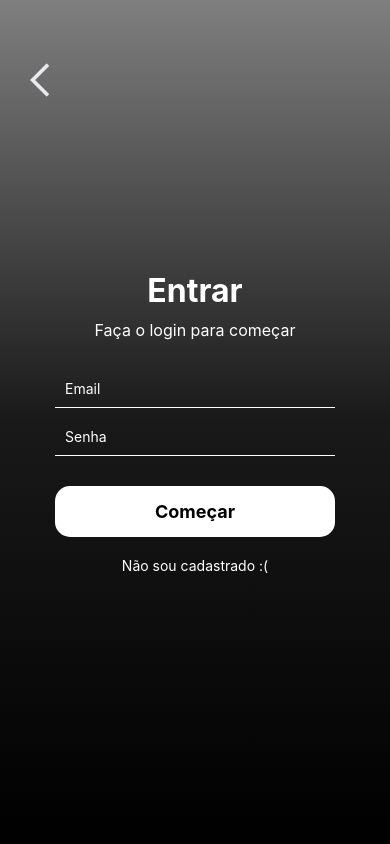
Repository: Matheus904-12/Notifire
Screen: /Auth (app in notiFire/)
The author's editor kept a copy of each file at every save. The screen is drawn from the files as they stood at one save, then again after the next save.
The app was drawn by React Native's web renderer in a window 390 px wide. The project was rebuilt for these pictures with package versions that can differ from the ones it lists, and the page was loaded fresh each time. Also part of the build but not shown: notiFire/screens/SendMessageScreen.js, notiFire/screens/CadastroScreen.js.

Above is the screen before, as saved 2024-07-29 20:03:02.

After the next save:
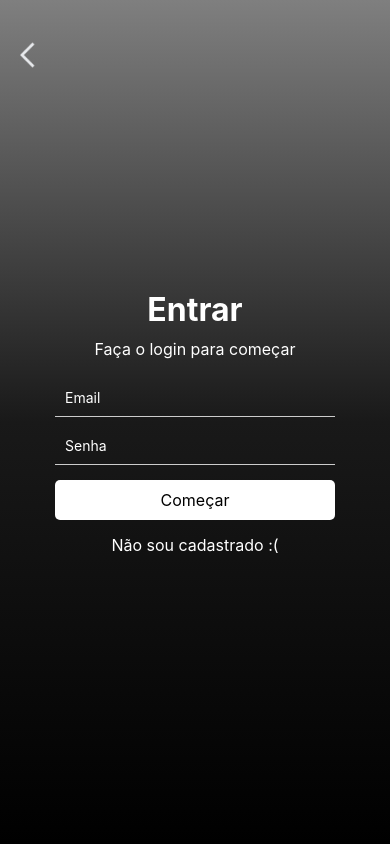
Saved 17 s later.
--- a/notiFire/screens/AuthScreen.js
+++ b/notiFire/screens/AuthScreen.js
@@ -2,11 +2,19 @@ import React, { useState } from 'react';
 import { View, Text, TextInput, TouchableOpacity, Image, StyleSheet } from 'react-native';
 import { LinearGradient } from 'expo-linear-gradient';
 import { auth } from '../firebaseConfig';
-import { signInWithEmailAndPassword } from 'firebase/auth';
+import { createUserWithEmailAndPassword, signInWithEmailAndPassword } from 'firebase/auth';
 
 export default function AuthScreen({ navigation }) {
   const [email, setEmail] = useState('');
   const [senha, setSenha] = useState('');
+
+  const cadastrar = () => {
+    createUserWithEmailAndPassword(auth, email, senha)
+      .then(userCredential => {
+        navigation.navigate('SendMessage');
+      })
+      .catch(error => alert(error.message));
+  };
 
   const entrar = () => {
     signInWithEmailAndPassword(auth, email, senha)
@@ -20,7 +28,7 @@ export default function AuthScreen({ navigation }) {
     <LinearGradient colors={['#7f7f7f', '#191919', '#000000']} style={styles.background}>
       <View style={styles.container}>
         <TouchableOpacity style={styles.backButton} onPress={() => navigation.goBack()}>
-          <Image source={require('../assets/back.png')} style={styles.backButtonImage} />
+          <Image source={require('../assets/images/back.png')} style={styles.backButtonImage} />
         </TouchableOpacity>
         <Text style={styles.title}>Entrar</Text>
         <Text style={styles.subtitle}>Faça o login para começar</Text>
@@ -42,8 +50,8 @@ export default function AuthScreen({ navigation }) {
         <TouchableOpacity style={styles.button} onPress={entrar}>
           <Text style={styles.buttonText}>Começar</Text>
         </TouchableOpacity>
-        <TouchableOpacity onPress={() => navigation.navigate('Cadastro')}>
-          <Text style={styles.registerText}>Não sou cadastrado :(</Text>
+        <TouchableOpacity style={styles.registerButton} onPress={cadastrar}>
+          <Text style={styles.registerButtonText}>Não sou cadastrado :(</Text>
         </TouchableOpacity>
       </View>
     </LinearGradient>
@@ -62,12 +70,12 @@ const styles = StyleSheet.create({
   },
   backButton: {
     position: 'absolute',
-    top: 60,
-    left: 30,
+    top: 40,
+    left: 20,
   },
   backButtonImage: {
-    width: 40,
-    height: 40,
+    width: 30,
+    height: 30,
   },
   title: {
     fontSize: 32,
@@ -77,33 +85,34 @@ const styles = StyleSheet.create({
   },
   subtitle: {
     fontSize: 16,
-    marginBottom: 30,
     color: '#fff',
+    marginBottom: 20,
   },
   input: {
     width: '80%',
     padding: 10,
     marginBottom: 10,
     borderBottomWidth: 1,
-    borderBottomColor: '#fff',
+    borderBottomColor: '#ccc',
     color: '#fff',
   },
   button: {
     backgroundColor: '#fff',
-    padding: 15,
-    borderRadius: 15,
+    padding: 10,
+    marginVertical: 5,
     width: '80%',
     alignItems: 'center',
-    marginTop: 20,
+    borderRadius: 5,
   },
   buttonText: {
     color: '#000',
-    fontSize: 18,
-    fontWeight: 'bold',
+    fontSize: 16,
   },
-  registerText: {
+  registerButton: {
+    marginTop: 10,
+  },
+  registerButtonText: {
     color: '#fff',
-    marginTop: 20,
-    fontSize: 14,
+    fontSize: 16,
   },
 });
